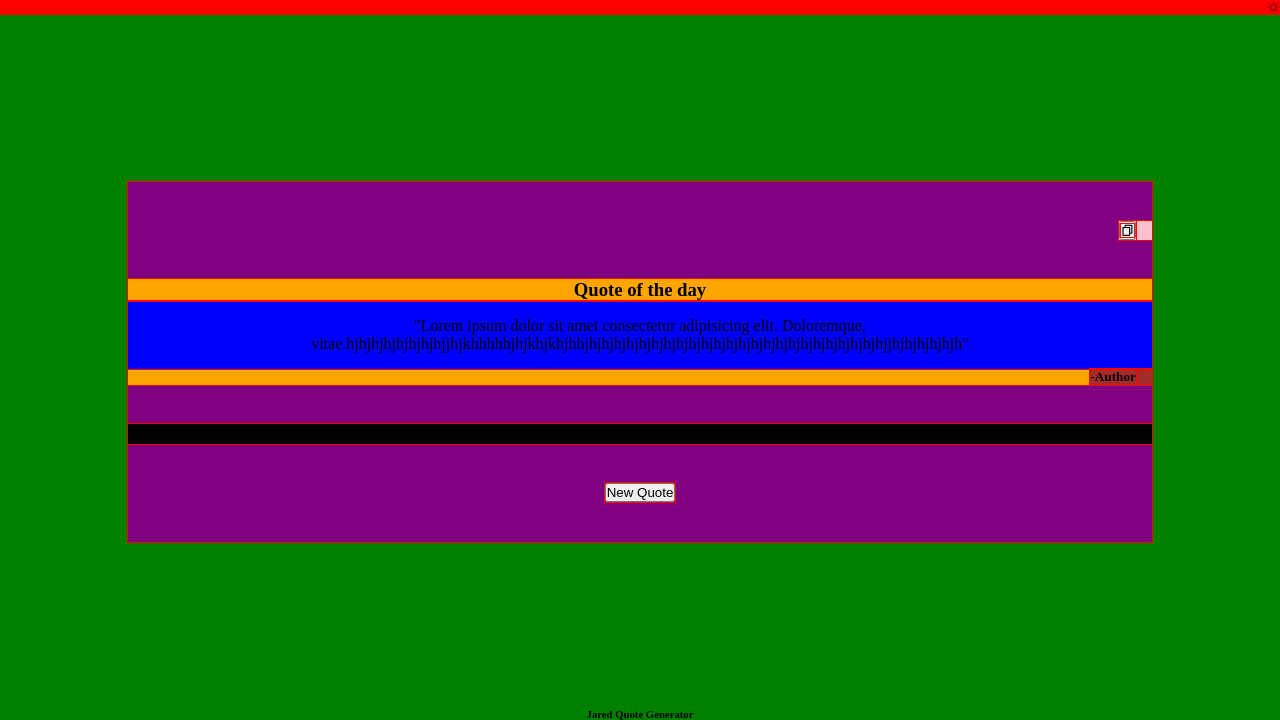
Repository: EguJaredoBoyd/Jared-Quote-Generator
Page: html/main.html
An editor plug-in stored every save of this project. The page is shown before and after the next save, followed by the edit.
The browser window is 1280 px wide. The pictures show the whole page.
Some web libraries are served in a nearby version.

Above is the page before, as saved 2026-01-09 01:32:33.

### html/main.html
<!DOCTYPE html>
<html lang="en">
  <head>
    <meta charset="UTF-8" />
    <meta name="viewport" content="width=device-width, initial-scale=1.0" />
    <link rel="stylesheet" href="../css/style.css" />
    <script src="../js/main.js" defer></script>
    <link
      href="https://cdn.jsdelivr.net/npm/remixicon@4.8.0/fonts/remixicon.css"
      rel="stylesheet"
    />
    <title>Document</title>
  </head>
  <body>
    <div class="container">
      <header>
        <button><i class="ri-sun-line"></i></button>
      </header>
      <main>
        <div class="quote-container">
          <div class="quote-container__copy">
            <button><i class="ri-file-copy-line"></i></button>
          </div>
          <div class="quote-container__quotes">
            <h3>Quote of the day</h3>
            <p>
              "Lorem ipsum dolor sit amet consectetur adipisicing elit.
              Doloremque,
              vitae.hjhjhjhjhjhjhjhjjhjkhhhhhjhjkhjkhjhhjhjhjhjhjhjhjhjhjhjhjhjhjhjhjhjhjhjhjhjhjhjhjhjhjjhjhjhjhjhjh"
            </p>
            <div class="quote-container__author">
              <h5>-Author</h5>
            </div>
          </div>
          <hr />
          <div>
            <button>New Quote</button>
          </div>
        </div>
      </main>
      <footer>
        <div>
          <h6>Jared Quote Generator</h6>
        </div>
      </footer>
    </div>
  </body>
</html>

### css/style.css
* {
  margin: 0;
  padding: 0;
  box-sizing: border-box;
}

:root {
  --background-color: #7b0d1e;
  --card-color: #f8e5ee;
  --text-color: black;
  --button-color: #7b0d1e;
}

html {
  font-size: 16px;
}

.lighter-theme {
  --background-color: #f8e5ee;
  --card-color: #7b0d1e;
  --text-color: whitesmoke;
  --button-color: #f8e5ee;
}

.container {
  background-color: green;
  height: 100vh;
  display: flex;
  flex-direction: column;
  justify-content: space-between;
  align-items: center;
}

header {
  display: flex;
  justify-content: flex-end;
  background-color: red;
  width: 100%;
}

header button {
  border: none;
  background: none;
  color: var(--button-color);
}

.quote-container {
  background-color: purple;
  display: flex;
  flex-direction: column;
  justify-content: space-evenly;
  align-items: center;
  height: 50vh;
  width: 80vw;
  max-width: 80vw;
}

.quote-container__copy {
  align-self: self-end;
  padding-right: 1rem;
  background-color: pink;
}

.quote-container__quotes {
  background-color: orange;
  max-width: 100%;
}

.quote-container__quotes h3 {
  text-align: center;
}

.quote-container__quotes p {
  background-color: blue;
  max-width: 100%;
  padding: 1rem 2rem;
  overflow-wrap: break-word;
  text-align: center;
}

.quote-container__author {
  background-color: brown;
  justify-self: end;
  padding-right: 1rem;
}

.quote-container hr {
  height: 20px;
  background-color: black;
  border: none;
  width: 100%;
}

.quote-container,
.quote-container * {
  outline: 1px solid red;
}

Loaded but not shown: js/main.js (no copy from this time; the picture is the same without it)

After the next save:
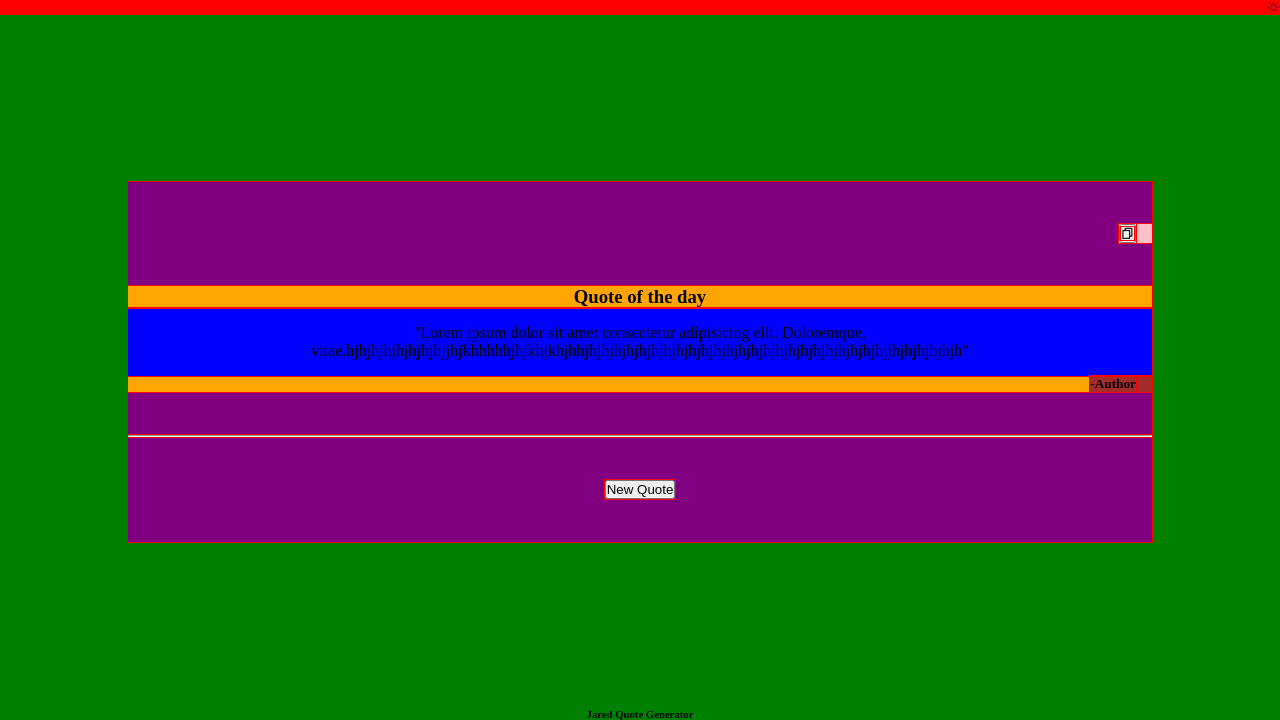
Saved 25 s later.
--- a/css/style.css
+++ b/css/style.css
@@ -85,9 +85,6 @@ header button {
 }
 
 .quote-container hr {
-  height: 20px;
-  background-color: black;
-  border: none;
   width: 100%;
 }
 
